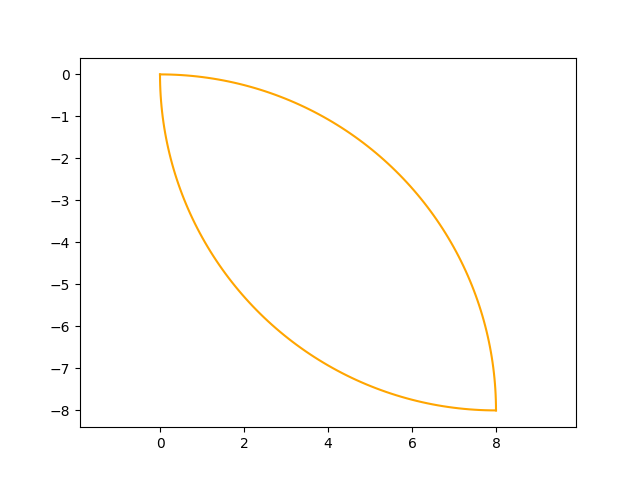
Repository: lbylzkx/Circle-Point-Manuscript
Script's output: python water-lily.py
An editor plug-in stored every save of this project. The script's output is shown before and after the next save, followed by the edit.
Random numbers start from a fixed seed.

Above is the script's output before, as saved 2023-10-01 15:50:48.

After the next save:
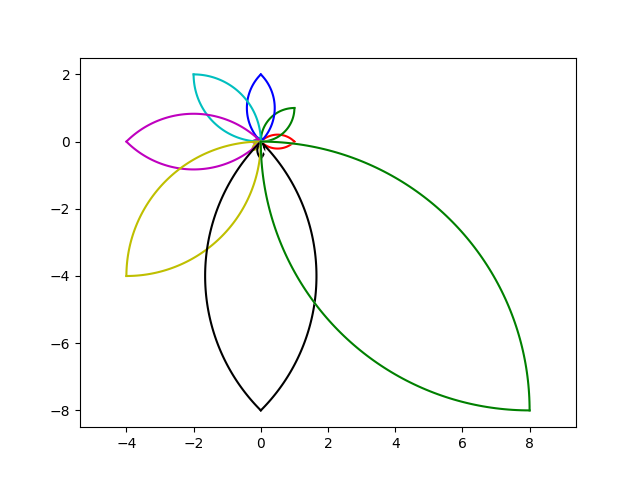
Saved 24 s later.
--- a/water-lily.py
+++ b/water-lily.py
@@ -60,11 +60,10 @@ def onepetal(n, color):
         (waterlily_x_from(n), waterlily_y_from(n)), (0, 0), color)
 
 
-# color = ['r', 'o', 'y', 'g', 'c', 'b', 'p' 'm', 'y', 'k', 'w']
+color = ['r', 'g', 'b', 'c', 'm', 'y', 'k', 'w']
 
-# for i in range(-8, 8):
-#     onepetal(i, color[i])
-
-onepetal(7, 'orange')
+for i in range(-8, 8):
+    onepetal(i, color[i])
+onepetal(7, 'g')
 plt.axis('equal')
 plt.show()
